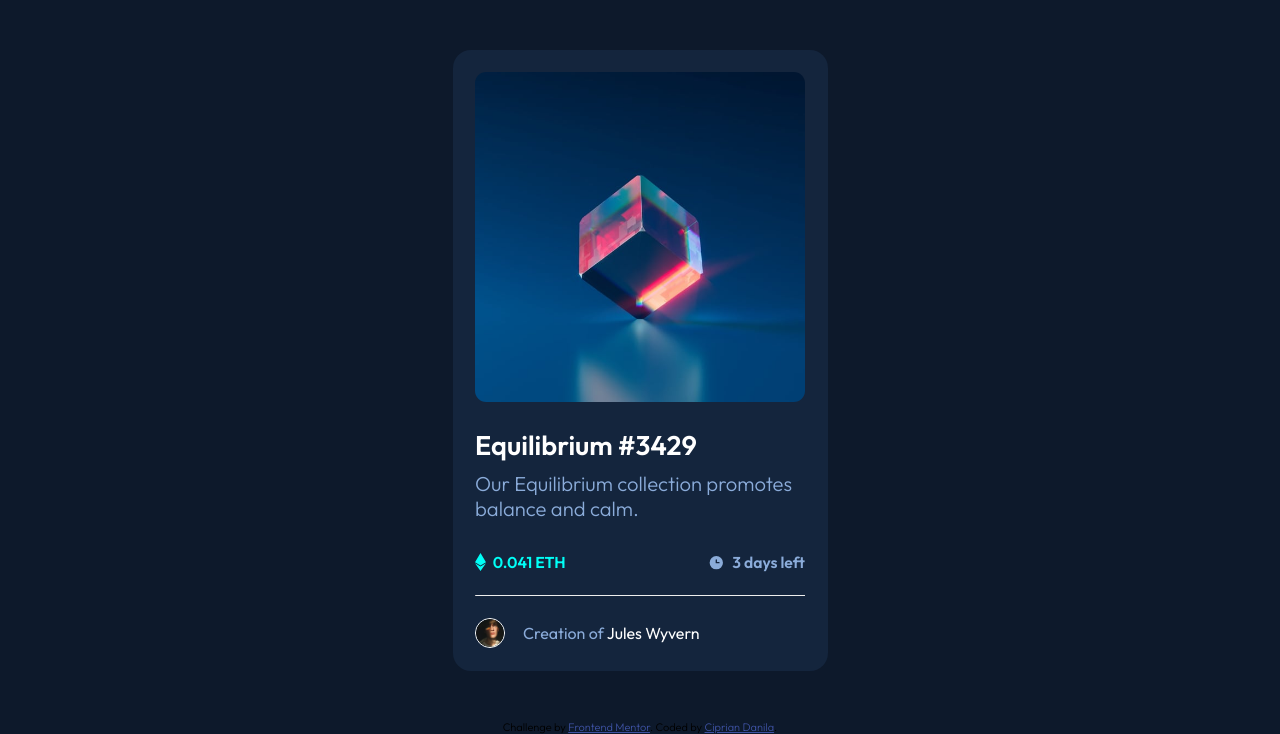
Repository: cipdanila/NFT-preview-card-component
Page: index.html
The author's editor kept a copy of each file at every save. The page is drawn from the files as they stood at one save, then again after the next save.
The browser window is 1280 px wide. The pictures show the whole page.

Above is the page before, as saved 2024-01-31 17:50:12.

After the next save:
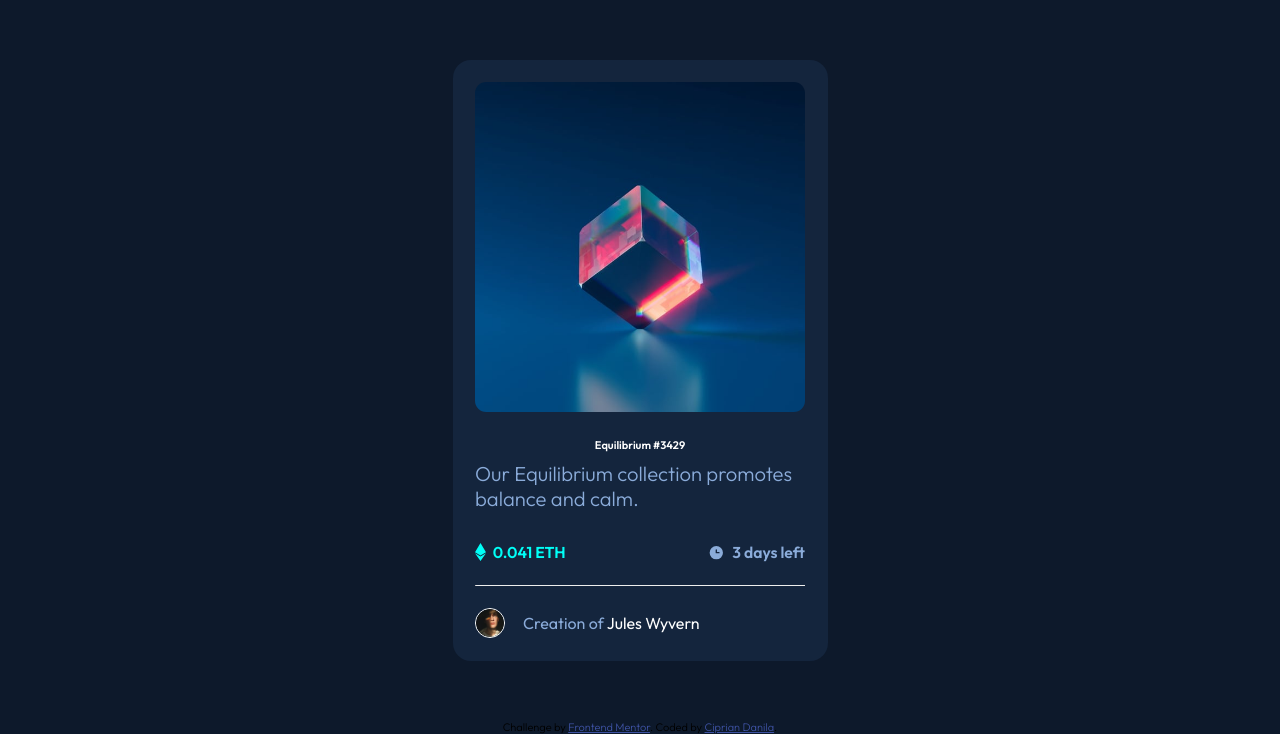
Saved 12 s later.
--- a/style.css
+++ b/style.css
@@ -123,7 +123,7 @@
     border-top: 1px var(--very-dark-blue-line);
 }
 
-.image-card,
+.image-card, #title,
 
 .attribution {
     font-size: 11px;
